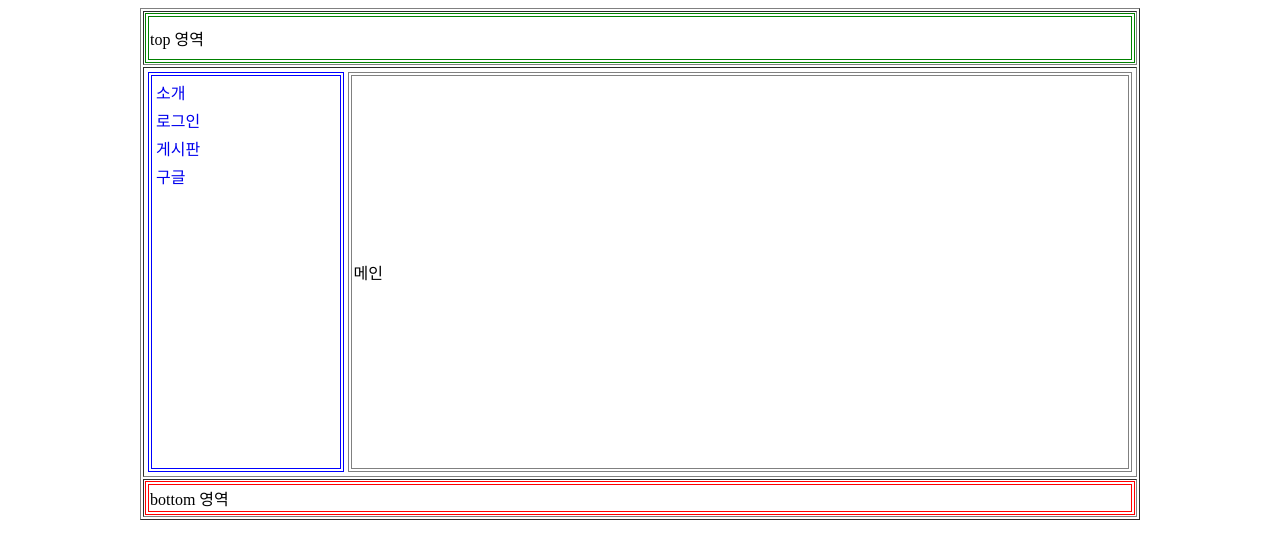
Repository: Soyeonthdus/workspace_java
Page: http://localhost/chat221228/ajax/news/index.jsp
The author's editor kept a copy of each file at every save. The page is drawn from the files as they stood at one save, then again after the next save.
The browser window is 1280 px wide. The pictures show the whole page.
The page is served by Tomcat 9. Other server files are loaded and not shown.

Above is the page before, as saved 2023-02-10 02:15:11.

### chat221228/src/main/webapp/ajax/news/index.jsp
<%@ page language="java" contentType="text/html; charset=UTF-8"
    pageEncoding="UTF-8"%>
<!DOCTYPE html>
<html>
<head>
<meta charset="UTF-8">
<title>Insert title here</title>
</head>
<body>
<!DOCTYPE html>
<html lang="ko">
  <head>
    <meta charset="UTF-8" />
    <meta http-equiv="X-UA-Compatible" content="IE=edge" />
    <meta name="viewport" content="width=device-width, initial-scale=1.0" />
    <title>패턴1</title>
    <style>
      a{
        text-decoration: none;
      }
    </style>
  </head>
  <body>
    <!-- 태그는 중첩해서 사용 가능함 -->
    <!-- 크기는 % 로 주는 것이 좋다. 가변적이니까 -->
    <table border="1" align="center" width="1000px">
      <tr>
        <td width="100%" height="50px">
          <!--=================== top 시작 =================-->
					<%@ include file="top.jsp" %>
          <!--=================== top 끝 =================-->
        </td>
      </tr>
      <tr>
        <td>
          <!--=================== body 시작 =================-->
          <table>
            <tr>
              <!--=================== 메뉴 시작 =================-->
              <td width="200px" height="400px">
                <table border="1" bordercolor="blue" width="100%" height="100%">
                  <tr>
                    <td valign = "top"> <!-- 위에 달라붙게하는 -->
                      <table>
                        <tr>
                          <td><a href="#" >소개</a></td>
                        </tr>
                        <tr>
                          <td><a href="#">로그인</a></td>
                        </tr>
                        <tr>
                          <td><a href="#" >게시판</a></td>
                        </tr>
                        <tr>
                          <td><a href="https://www.google.com" >구글</a></td>
                        </tr>
                      </table>
                    </td>
                  </tr>
                </table>
              </td>
              <!--=================== 메뉴 끝 ===================-->
              <td width="800px" height="400px">
                <table border="1" bordercolor="gray" width="100%" height="100%">
                  <tr>
                    <td>메인</td>
                  </tr>
                </table>
              </td>
            </tr>
          </table>
          <!--=================== body 끝 =================-->
        </td>
      </tr>
      <tr>
        <td width="1000px" height="30px">
          <!--=================== bottom 시작 =================-->
			<%@ include file="bottom.jsp" %>
          <!--=================== bottom 끝 =================-->
        </td>
      </tr>
    </table>
  </body>
</html>

### chat221228/src/main/webapp/ajax/news/top.jsp
<%@ page language="java" contentType="text/html; charset=UTF-8"
    pageEncoding="UTF-8"%>
          <table border="1" width="100%" height="100%" bordercolor="green">
            <tr>
              <td>top 영역</td>
            </tr>
          </table>

### chat221228/src/main/webapp/ajax/news/bottom.jsp
<%@ page language="java" contentType="text/html; charset=UTF-8"
    pageEncoding="UTF-8"%>
         <table border="1" width="100%" height="100%" bordercolor="red">
            <tr>
              <td>bottom 영역</td>
            </tr>
          </table>

Loaded but not shown: chat221228/src/main/webapp/ajax/news/menu.jsp (common file)

After the next save:
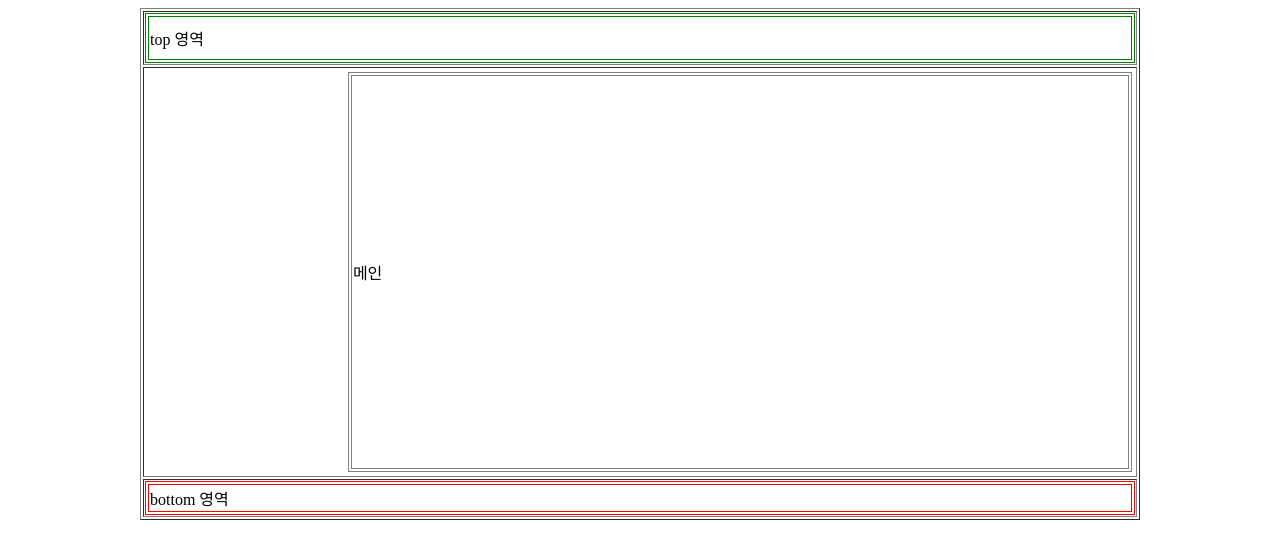
Saved 118 s later.
--- a/chat221228/src/main/webapp/ajax/news/index.jsp
+++ b/chat221228/src/main/webapp/ajax/news/index.jsp
@@ -38,26 +38,7 @@
             <tr>
               <!--=================== 메뉴 시작 =================-->
               <td width="200px" height="400px">
-                <table border="1" bordercolor="blue" width="100%" height="100%">
-                  <tr>
-                    <td valign = "top"> <!-- 위에 달라붙게하는 -->
-                      <table>
-                        <tr>
-                          <td><a href="#" >소개</a></td>
-                        </tr>
-                        <tr>
-                          <td><a href="#">로그인</a></td>
-                        </tr>
-                        <tr>
-                          <td><a href="#" >게시판</a></td>
-                        </tr>
-                        <tr>
-                          <td><a href="https://www.google.com" >구글</a></td>
-                        </tr>
-                      </table>
-                    </td>
-                  </tr>
-                </table>
+                <%@ include file="menu.jsp" %>
               </td>
               <!--=================== 메뉴 끝 ===================-->
               <td width="800px" height="400px">
